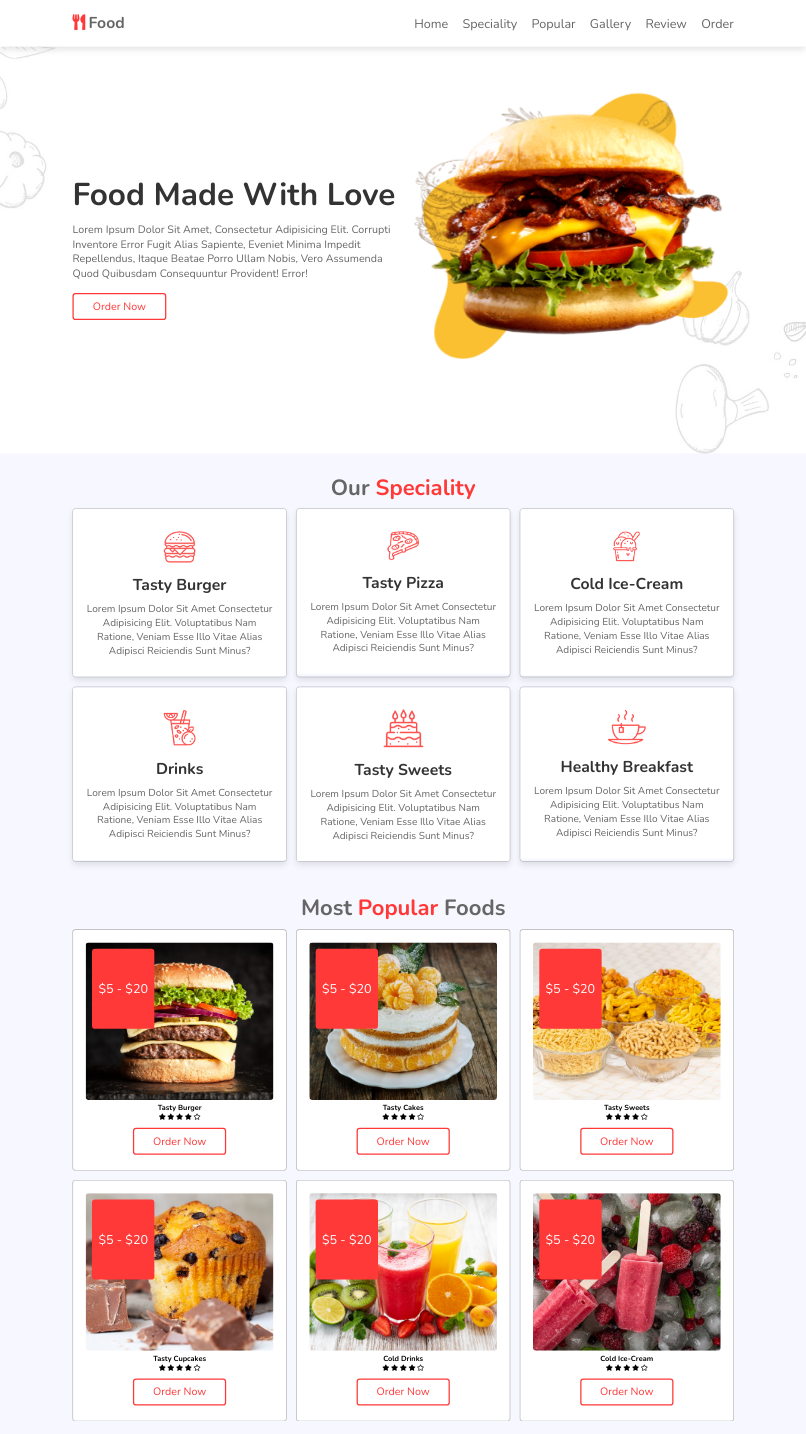
Repository: ManhTanVN/food
Page: index.html
These files come from the project's save history. The page is drawn as it stood at one moment and after the next save; the edit follows.
The browser window is 1280 px wide. The pictures show the whole page, at 63% of full size.
The style sheet was rebuilt from its Sass, Less or Tailwind sources for each picture, by a compiler version that may differ from the author's.

Above is the page before, as saved 2021-08-29 16:55:26.

After the next save:
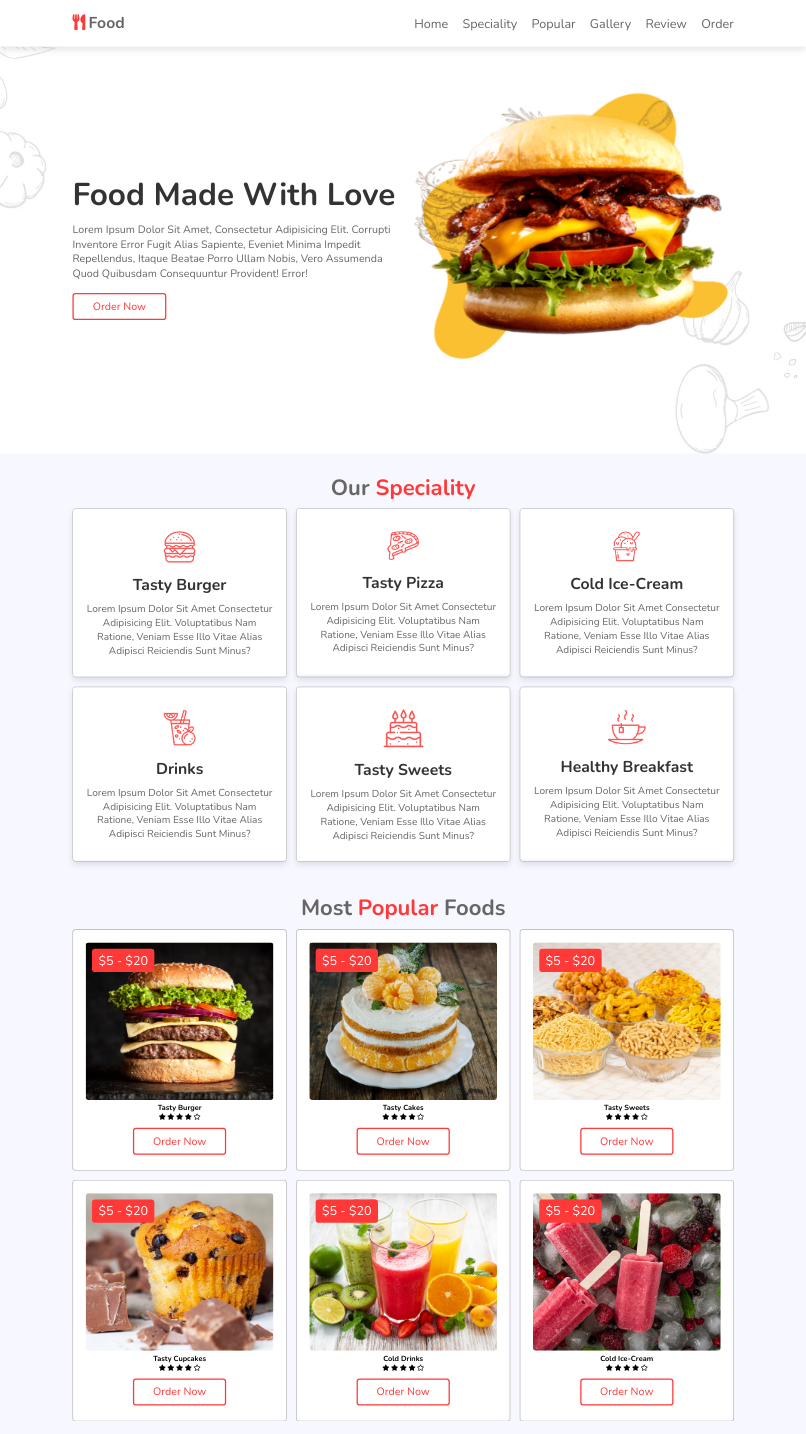
Saved 40 s later.
--- a/sass/_popular.scss
+++ b/sass/_popular.scss
@@ -23,7 +23,7 @@
                 background: $color-red;
                 color: #fff;
                 font-size: 2rem;
-                padding: 5rem 1rem;
+                padding: .5rem 1rem;
                 border-radius: inherit;
             }
         }
